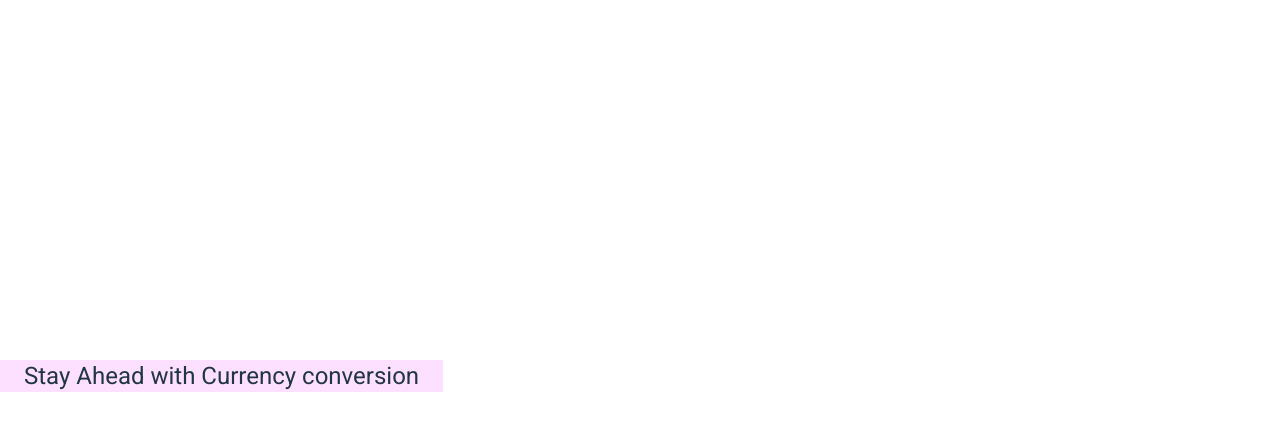
Repository: Asad-devv/CURRENCY
Page: /
The author's editor kept a copy of each file at every save. The page is drawn from the files as they stood at one save, then again after a run of saves.
The browser window is 1280 px wide. The pictures show the whole page.
The project was rebuilt for these pictures with package versions that can differ from the ones it lists, and the page was loaded fresh each time. Also part of the build but not shown: craco.config.js.

Above is the page before, as saved 2023-03-01 20:08:41.

### src/main.jsx
import React from 'react'
import ReactDOM from 'react-dom/client'
import App from './App'
import './index.css'
import '@fontsource/roboto/300.css';
import '@fontsource/roboto/400.css';
import '@fontsource/roboto/500.css';
import '@fontsource/roboto/700.css';


ReactDOM.createRoot(document.getElementById('root')).render(
  <React.StrictMode>
    <App />
  </React.StrictMode>,
)

### src/App.jsx
import { Button, Container,Typography } from "@mui/material";
import { useState } from "react";
import reactLogo from "./assets/react.svg";
// import './App.css'

function App() {
  const [count, setCount] = useState(0);

  return (
    <Container maxWidth="md" sx={{ background: "#fddfff" }}>
      <Typography variant = "h5"sx={{mt:"2rem"}}>Stay Ahead with Currency conversion</Typography>
    </Container>
  );
}

export default App;

Loaded but not shown: index.html (common file); src/index.css (common file)

After the next 2 saves:
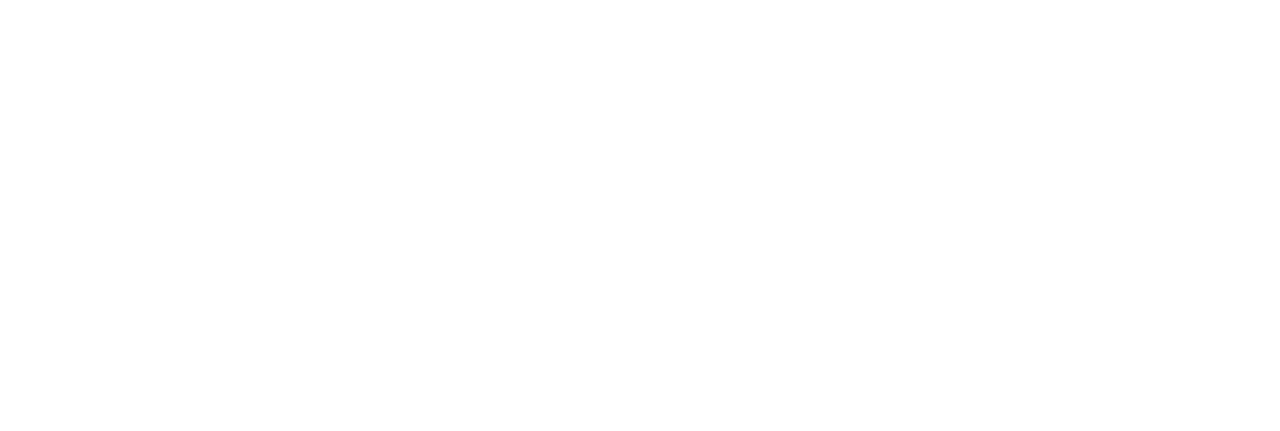
Console error: ReferenceError: Grid is not defined
The 2 saves are shown as one change because 1 did not build or start.
The last was saved 17 s later.
--- a/src/App.jsx
+++ b/src/App.jsx
@@ -9,6 +9,7 @@
   return (
     <Container maxWidth="md" sx={{ background: "#fddfff" }}>
       <Typography variant = "h5"sx={{mt:"2rem"}}>Stay Ahead with Currency conversion</Typography>
+      <Grid></Grid>
     </Container>
   );
 }

After the save that followed:
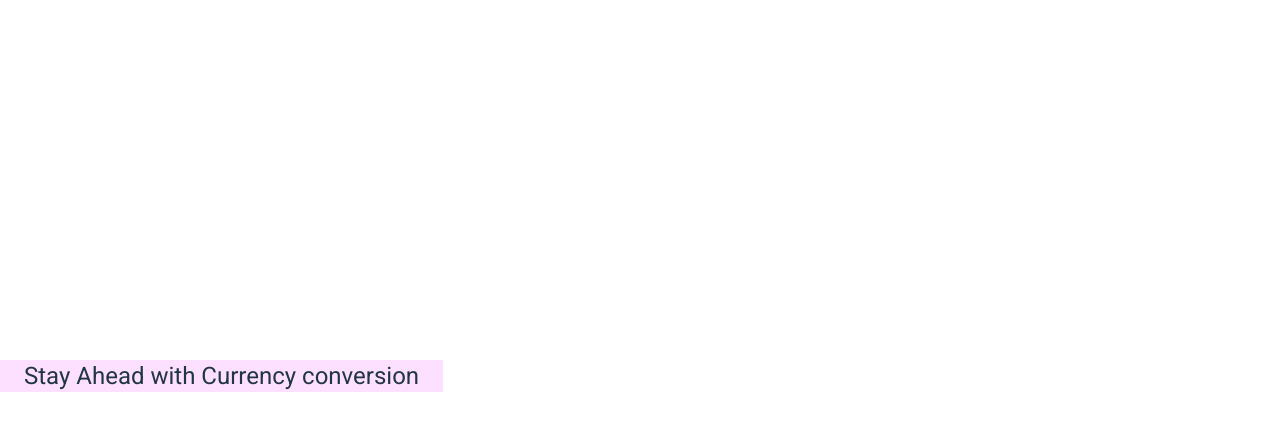
The error is gone.
Saved 12 s later.
--- a/src/App.jsx
+++ b/src/App.jsx
@@ -1,4 +1,4 @@
-import { Button, Container,Typography } from "@mui/material";
+import { Button, Container,Typography,Grid } from "@mui/material";
 import { useState } from "react";
 import reactLogo from "./assets/react.svg";
 // import './App.css'
